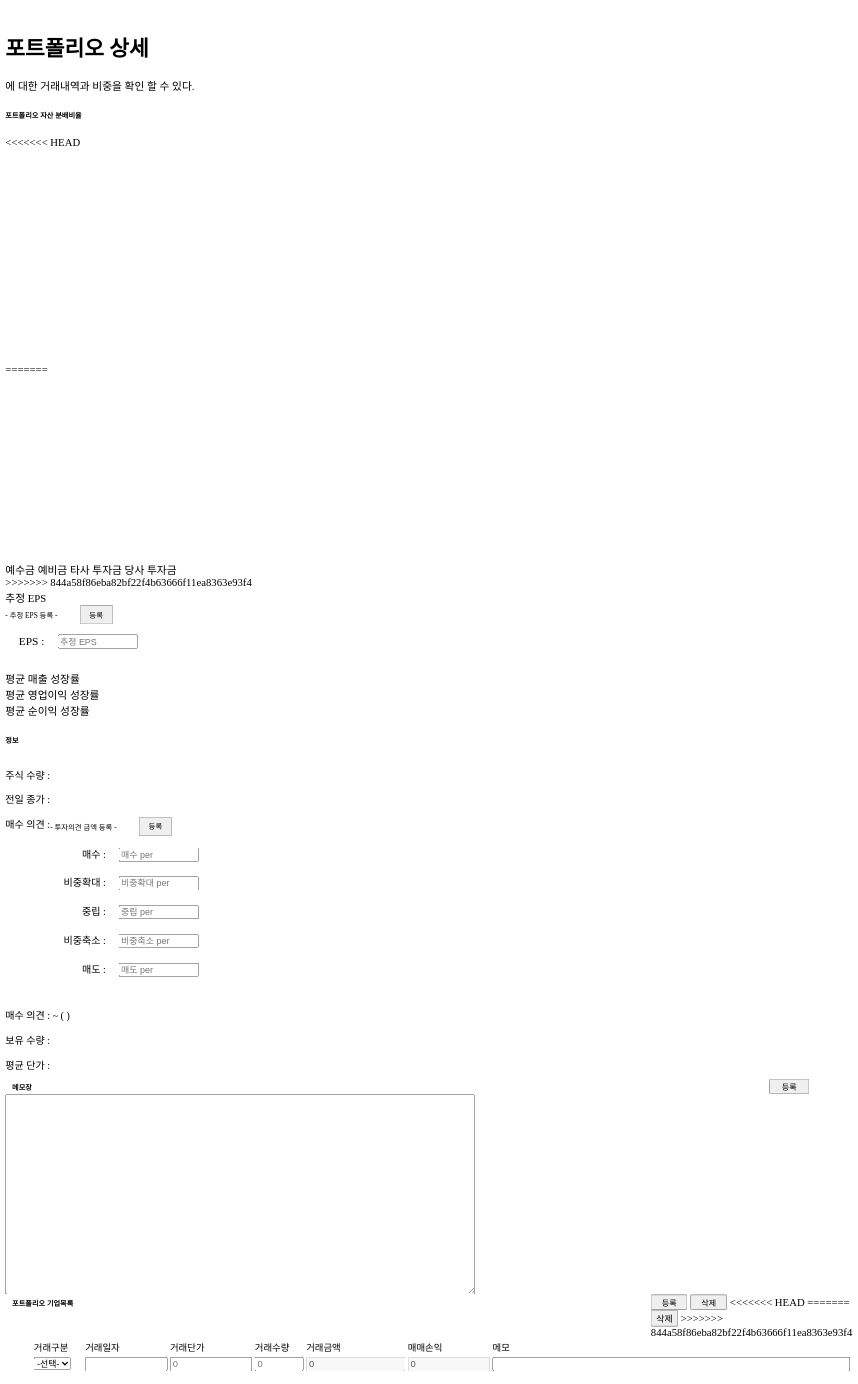
Repository: bangProgram/PJT_Finance
Page: http://localhost/Finance/WEB-INF/views/portfolio/portfolioDetail.jsp
These files come from the project's save history. The page is drawn as it stood at one moment and after the next save; the edit follows.
The browser window is 1280 px wide. The pictures show the whole page, at 67% of full size.
The page is served by Tomcat 9. Nobody is signed in. The template is opened directly, without the code that normally fills it, so the values that code supplies are empty.

Above is the page before, as saved 2022-11-20 12:33:45.
Console error: SyntaxError: Unexpected token '<<'

After the next save:
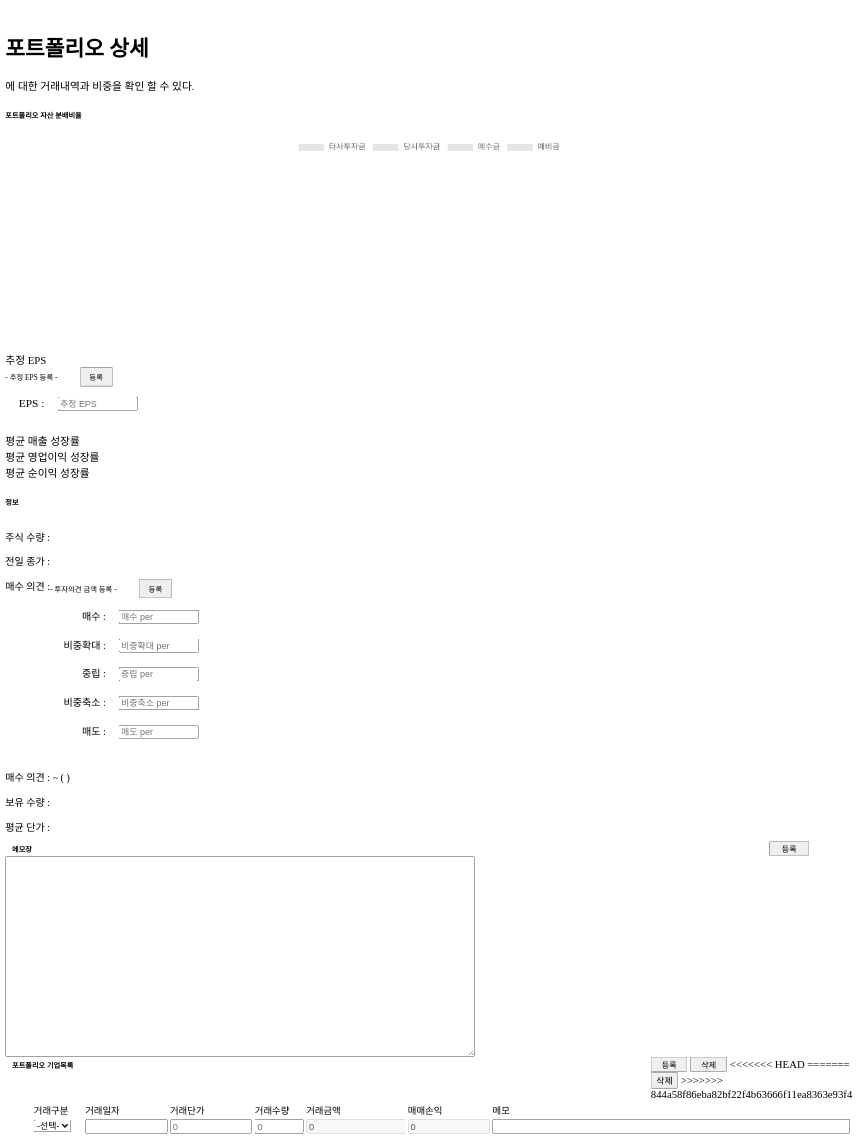
The error is gone.
Saved 7 min 1 s later.
--- a/Finance/src/main/webapp/WEB-INF/views/portfolio/portfolioDetail.jsp
+++ b/Finance/src/main/webapp/WEB-INF/views/portfolio/portfolioDetail.jsp
@@ -6,7 +6,6 @@
 	var toggleChk = true;
 
 	document.addEventListener("DOMContentLoaded", function () {
-<<<<<<< HEAD
 
 		const datas = [
 			<c:out value=" ${portAmount.DIFF_INVEST_AMOUNT}"/>,
@@ -15,26 +14,16 @@
 			<c:out value=" ${portAmount.DEPOSIT_AMOUNT}"/>
 		];
 
-=======
-
->>>>>>> 844a58f86eba82bf22f4b63666f11ea8363e93f4
 		const ctx = document.getElementById('myPieChart');
 
 		new Chart(ctx, {
 			  type: 'pie',
-<<<<<<< HEAD
 
 			  data: {
 				  labels: ['타사투자금', '당사투자금', '예수금', '예비금'],
 			    datasets: [{
 			    	labels: ['타사투자금', '당사투자금', '예수금', '예비금'],
 			      data: datas,
-=======
-			  data: {
-			    datasets: [{
-			      label: '# of Votes',
-			      data: [12, 19, 0, 5, 2, 0],
->>>>>>> 844a58f86eba82bf22f4b63666f11ea8363e93f4
 			    }]
 			  },
 			  options: {
@@ -239,30 +228,9 @@
 		            		<%--
 		            		<canvas id="myPieChart" width="277" height="277" ></canvas>
 		            		 --%>
-<<<<<<< HEAD
 		            <div class="chart-container" style="position: relative; height:320px;">
 						<canvas id="myPieChart"></canvas>
 					</div>
-=======
-		            <div class="chart-container" style="position: relative; height:277px;">
-						<canvas id="myPieChart"></canvas>
-					</div>
-
-		            <div class="mt-4 text-center small">
-		                <span class="mr-2">
-		                    <i class="fas fa-circle text-info"></i> 예수금
-		                </span>
-		                <span class="mr-2">
-		                    <i class="fas fa-circle text-warning"></i> 예비금
-		                </span>
-		                <span class="mr-2">
-		                    <i class="fas fa-circle text-secondary"></i> 타사 투자금
-		                </span>
-		                <span class="mr-2">
-		                    <i class="fas fa-circle text-success"></i> 당사 투자금
-		                </span>
-		            </div>
->>>>>>> 844a58f86eba82bf22f4b63666f11ea8363e93f4
 		        </div>
 		    </div>
 		</div>
